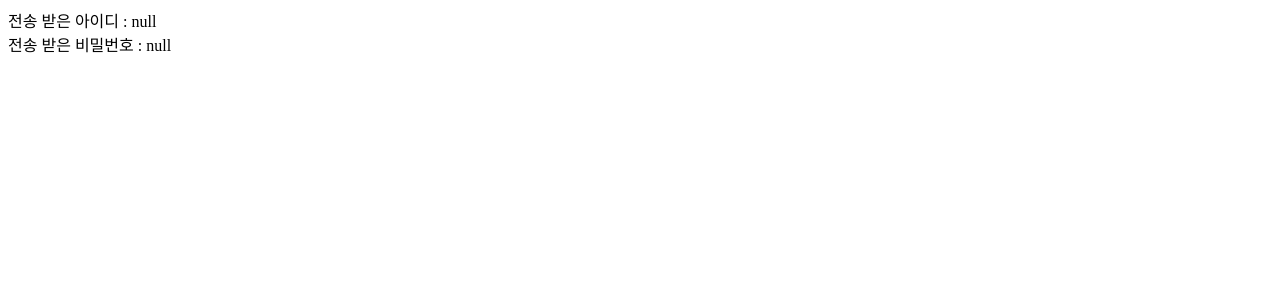
Repository: lee-ruru/jsp_practice
Page: http://localhost/JSPBasic/JspObject/1.requests/req_param_getpost.jsp
An editor plug-in stored every save of this project. The page is shown before and after the next save, followed by the edit.
The browser window is 1280 px wide. The pictures show the whole page.
The page is served by Tomcat 9.

Above is the page before, as saved 2022-02-03 06:12:43.

### JSPBasic/src/main/webapp/JspObject/1.requests/req_param_getpost.jsp
<%@ page language="java" contentType="text/html; charset=UTF-8"
    pageEncoding="UTF-8"%>

    <%
    // name "apple"에 딸려온 데이터 조회
    String id = request.getParameter("apple");
    // name "banana"에 딸려온 데이터를 변수 pw에 저장 후 body에 출력해보세요.
    String pw = request.getParameter("banana");
    // checkbox에 딸려온 데이터를 변수 hobby에 저장 후 body에 출력해보세요.
    String cb = request.getParameter("hobby");

    %>
<!DOCTYPE html>
<html>
<head>
<meta charset="UTF-8">
<title>Insert title here</title>
</head>
<body>

		전송 받은 아이디 : <%= id %><br/>
		전송 받은 비밀번호 : <%= pw %>





</body>
</html>

After the next save:
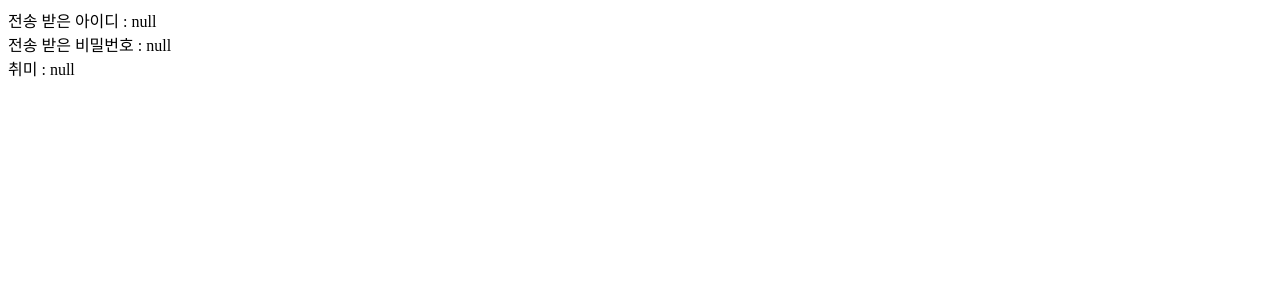
Saved 21 s later.
--- a/JSPBasic/src/main/webapp/JspObject/1.requests/req_param_getpost.jsp
+++ b/JSPBasic/src/main/webapp/JspObject/1.requests/req_param_getpost.jsp
@@ -19,7 +19,8 @@
 <body>
 
 		전송 받은 아이디 : <%= id %><br/>
-		전송 받은 비밀번호 : <%= pw %>
+		전송 받은 비밀번호 : <%= pw %><br/>
+		취미 : <%= cb %>
 
 
 
